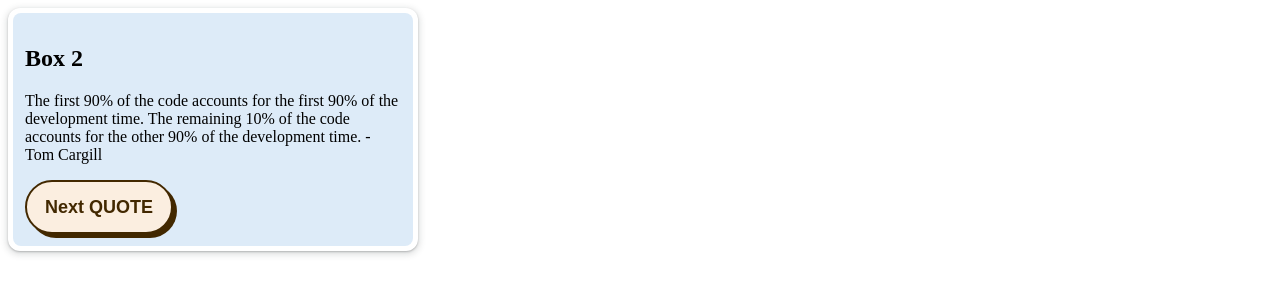
Repository: JasonMorta/programingQuotes-chromeExtension
Page: popup.html
The author's editor kept a copy of each file at every save. The page is drawn from the files as they stood at one save, then again after the next save.
The browser window is 1280 px wide. The pictures show the whole page.

Above is the page before, as saved 2023-05-07 13:21:07.

### popup.html
<!DOCTYPE html>
<html lang="en">

<head>
   <meta charset="UTF-8">
<link rel="stylesheet" href="./content.css">
   <meta http-equiv="X-UA-Compatible" content="IE=edge">
   <link rel="stylesheet" href="./buttonStyle.css">
    <script src="./quitesArray.js"></script>

   <meta name="viewport" content="width=device-width, initial-scale=1.0">
   <title>Document</title>

</head>


<body>


 <section class="gee_chat_container">
    <div class="box-container-inner">
      <h1>Box 2</h1>
      <p  class="para"></p>
      <button class="button-74 getQuote" role="button">Next QUOTE</button>
    </div>
  </section>





 <script src="./content.js"></script>
</body>

</html>

### content.css
.gee_chat_container {
    box-shadow: 0 1px 2px 0 rgb(60 64 67 / 30%), 0 2px 6px 2px rgb(60 64 67 / 15%);
    max-width: 550px;
    width: 400px;
    border-radius: 12px;
    margin-top: 0;
    padding: 5px;
    position: relative;
    background-color: #fff;

  }

  .box-container {
      border-color: var(--elevation-border-color);
      box-shadow: 0 1px 2px 0 rgb(60 64 67 / 30%), 0 2px 6px 2px rgb(60 64 67 / 15%);
      max-width: 550px;
      width: 400px;
      border-radius: 12px;
      margin-top: 0;
      padding: 5px;
      position: relative;
      background-color: #fff;
    }

    .box-container-inner {
      padding: 0.75rem;
      border-radius: 8px;
      background-color: #ddebf8;
    }

### buttonStyle.css

.button-74 {
  background-color: #fbeee0;
  border: 2px solid #422800;
  border-radius: 30px;
  box-shadow: #422800 4px 4px 0 0;
  color: #422800;
  cursor: pointer;
  display: inline-block;
  font-weight: 600;
  font-size: 18px;
  padding: 0 18px;
  line-height: 50px;
  text-align: center;
  text-decoration: none;
  user-select: none;
  -webkit-user-select: none;
  touch-action: manipulation;
}

.button-74:hover {
  background-color: #fff;
}

.button-74:active {
  box-shadow: #422800 2px 2px 0 0;
  transform: translate(2px, 2px);
}

### quitesArray.js
const motivationalQuotes = [
    "The most disastrous thing that you can ever learn is your first programming language. - Alan Kay",
    "You are not a computer programmer, you are a problem solver. - Anonymous",
    "First, solve the problem. Then, write the code. - John Johnson",
    "Code is like humor. When you have to explain it, it’s bad. - Cory House",
    "The sooner you start to code, the longer the program will take. - Roy Carlson",
    "You might not think that programmers are artists, but programming is an extremely creative profession. - John Romero",
    "Programmers are constantly making things more complicated than they need to be because future-proofing is impossible. - Edsger W. Dijkstra",
    "One of the best programming skills you can have is knowing when to walk away for a while. - Oscar Godson",
    "The best code is the code never written. - Anonymous",
    "If you don’t understand how to run an operating system, you shouldn’t be a programmer. - Richard Stallman",
    "It's not at all important to get it right the first time. It's vitally important to get it right the last time. - Andrew Hunt and David Thomas",
    "The goal of a programmer is to simplify the complexity of a problem. - Anonymous",
    "Coding is not just code, that is a live thing to share your life with. - Anonymous",
    "The only way to do great work is to love what you do. - Steve Jobs",
    "Sometimes the best way to learn is to just dive in. - Jon Bonne",
    "The code you write makes you a programmer. The code you delete makes you a good one. - Mario Fusco",
    "Programs must be written for people to read, and only incidentally for machines to execute. - Harold Abelson and Gerald Jay Sussman",
    "We build our computer systems the way we build our cities: over time, without a plan, on top of ruins. - Ellen Ullman",
    "Any fool can write code that a computer can understand. Good programmers write code that humans can understand. - Martin Fowler",
    "To be a programmer is to develop a carefully managed relationship with error. - Ellen Ullman",
    "The best way to learn to code is to code. - Anonymous",
    "Don't worry if it doesn't work right. If everything did, you'd be out of a job. - Mosher's Law of Software Engineering",
    "Sometimes it pays to stay in bed on Monday, rather than spending the rest of the week debugging Monday’s code. - Dan Salomon",
    "There's nothing more permanent than a temporary hack. - Kyle Simpson",
    "The only code worth writing is code that makes your life easier. - Kent Beck",
    "It’s not about what you know, it’s about what you can figure out. - Anonymous",
    "Programming can be fun, so can cryptography; however, they should not be combined. - Kreitzberg and Shneiderman",
    "Walking on water and developing software from a specification are easy if both are frozen. - Edward V. Berard",
    "If you want to be a better programmer, write more code. - Anonymous",
    "Java is to JavaScript as car is to carpet. - Chris Heilmann",
    "Controlling complexity is the essence of computer programming. - Brian Kernighan",
    "Good code is short, simple, and symmetrical - the challenge is figuring out how to get there. - Sean Parent",
    "The most important skill for a programmer is to be able to effectively communicate. - Anonymous",
    "Programs are meant to be read by humans and only incidentally for computers to execute. - Harold Abelson",
    "If you think math is hard, try programming. - Anonymous",
    "Before software can be reusable, it first has to be usable. - Ralph Johnson",
    "If debugging is the process of removing software bugs, then programming must be the process of putting them in. - Edsger Dijkstra",
    "The computer was born to solve problems that did not exist before. - Bill Gates",
    "It's not that I'm so smart, it's just that I stay with problems longer. - Albert Einstein",
    "The best error message is the one that never shows up. - Thomas Fuchs",
    "The best code is no code. - Jeff Atwood",
    "There are only two industries that refer to their customers as 'users'. - Edward Tufte",
    "The trouble with programmers is that you can never tell what a programmer is doing until it’s too late. - Seymour Cray",
    "Talk is cheap. Show me the code. - Linus Torvalds",
    "The difference between theory and practice is that in theory, there is no difference between theory and practice. - Richard Moore",
    "If you optimize everything, you will always be unhappy. - Donald Knuth",
    "A program that produces incorrect results twice as fast is infinitely slower. - John Osterhout",
    "You can’t have great software without a great team, and most software teams behave like dysfunctional families. - Jim McCarthy",
    "If at first you don't succeed, try, try, try again. Then quit. There's no point in being a damn fool about it. - W.C. Fields",
    "If you don’t know what to do, call the debugger. - Anonymous",
    "Make it work, make it right, make it fast. - Kent Beck",
    "I'm not a great programmer; I'm just a good programmer with great habits. - Kent Beck",
    "The best way to predict the future is to invent it. - Alan Kay",
    "Measuring programming progress by lines of code is like measuring aircraft building progress by weight. - Bill Gates",
    "Code never lies, comments sometimes do. - Ron Jeffries",
    "Simplicity is the ultimate sophistication. - Leonardo da Vinci",
    "It's not a bug - it's an undocumented feature. - Anonymous",
    "Programs must be written for people to read, and only incidentally for machines to execute. - Harold Abelson",
    "Computers are good at following instructions, but not at reading your mind. - Donald Knuth",
    "Programming is the art of telling a computer what to do through a series of instructions. - Anonymous",
    "To iterate is human, to recurse divine. - L. Peter Deutsch",
    "Good code is its own best documentation. As you’re about to add a comment, ask yourself, ‘How can I improve the code so that this comment isn’t needed?’ - Steve McConnell",
    "A program is never less than 90% complete, and never more than 95% complete. - Terry Baker",
    "A good programmer is someone who always looks both ways before crossing a one-way street. - Doug Linder",
    "Always code as if the guy who ends up maintaining your code will be a violent psychopath who knows where you live. - Martin Golding",
    "If debugging is the process of removing software bugs, then programming must be the process of putting them in. - Edsger Dijkstra",
    "The only way to do great work is to love what you do. If you haven't found it yet, keep looking. Don't settle. - Steve Jobs",
    "You might not think that programmers are artists, but programming is an extremely creative profession. It's logic-based creativity. - John Romero",
    "If you don’t build your dreams, someone else will hire you to build theirs. - Tony Gaskins",
    "Don’t write better error messages, write code that doesn’t need them. - Jason C. McDonald",
    "If you want to be a good programmer, learn to think outside the box. - Antonis Tsagaris",
    "There are only two hard things in Computer Science: cache invalidation and naming things. - Phil Karlton",
    "Simplicity is the soul of efficiency. - Austin Freeman",
    "The best way to get a project done faster is to start sooner. - Jim Highsmith",
    "Experience is the name everyone gives to their mistakes. - Oscar Wilde",
    "Always code as if the person who ends up maintaining your code is a violent psychopath who knows where you live. - John Woods",
    "If at first you don’t succeed; call it version 1.0. - Anonymous",
    "A language that doesn't affect the way you think about programming is not worth knowing. - Alan J. Perlis",
    "Programmers are constantly making things more complicated than they need to be because future-proofing is impossible. - Edsger W. Dijkstra",
    "The best way to predict the future is to invent it. - Alan Kay",
    "Code is like humor. When you have to explain it, it’s bad. - Cory House",
    "Any fool can write code that a computer can understand. Good programmers write code that humans can understand. - Martin Fowler",
    "The most disastrous thing that you can ever learn is your first programming language. - Alan Kay",
    "Programming isn't about what you know; it's about what you can figure out. - Chris Pine",
    "Programs must be written for people to read, and only incidentally for machines to execute. - Harold Abelson and Gerald Jay Sussman",
    "The best code is no code at all. - Jeff Atwood",
    "If you can't explain it simply, you don't understand it well enough. - Albert Einstein",
    "It's not a bug - it's an undocumented feature. - Anonymous",
    "Every great developer you know got there by solving problems they were unqualified to solve until they actually did it. - Patrick McKenzie",
    "The best thing about a boolean is even if you are wrong, you are only off by a bit. - Anonymous",
    "Programmers are not to be measured by their ingenuity and their logic but by the completeness of their case analysis. - Alan Perlis",
    "Debugging is like being the detective in a crime movie where you are also the murderer. - Filipe Fortes",
    "The first 90% of the code accounts for the first 90% of the development time. The remaining 10% of the code accounts for the other 90% of the development time. - Tom Cargill",
    "Code never lies, comments sometimes do. - Ron Jeffries",
    "Coding is not just code, that is a live thing to serve everyone! - Ming Qian",
    "The only way to learn a new programming language is by writing programs in it. - Dennis Ritchie",
    "Software is a great combination of artistry and engineering. - Bill Gates",
    "Code is a journey, not a destination. - Anonymous",
    "There are two ways to write error-free programs; only the third one works. - Alan J. Perlis"
]

### content.js


let quoteBtn = document.querySelector('.getQuote');
let quote = document.querySelector('.para');
quote.innerHTML = motivationalQuotes[Math.floor(Math.random() * motivationalQuotes.length)];
quoteBtn.addEventListener('click', () => {
    let randomQuote = motivationalQuotes[Math.floor(Math.random() * motivationalQuotes.length)];

    quote.innerHTML = randomQuote;
});

After the next save:
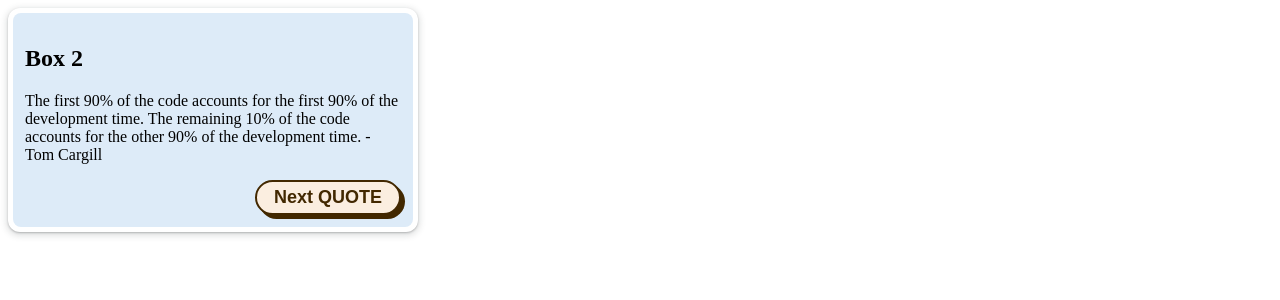
Saved 101 s later.
--- a/buttonStyle.css
+++ b/buttonStyle.css
@@ -1,21 +1,27 @@
 
 .button-74 {
-  background-color: #fbeee0;
-  border: 2px solid #422800;
-  border-radius: 30px;
-  box-shadow: #422800 4px 4px 0 0;
-  color: #422800;
-  cursor: pointer;
-  display: inline-block;
-  font-weight: 600;
-  font-size: 18px;
-  padding: 0 18px;
-  line-height: 50px;
-  text-align: center;
-  text-decoration: none;
-  user-select: none;
-  -webkit-user-select: none;
-  touch-action: manipulation;
+    background-color: #fbeee0;
+    border: 2px solid #422800;
+    border-radius: 30px;
+    box-shadow: #422800 4px 4px 0 0;
+    color: #422800;
+    cursor: pointer;
+    font-weight: 600;
+    font-size: 18px;
+    height: 35px;
+    width: 146px;
+    padding: 0 15px;
+    line-height: 50px;
+    text-align: center;
+    text-decoration: none;
+    user-select: none;
+    -webkit-user-select: none;
+    touch-action: manipulation;
+    display: flex;
+    flex-direction: column;
+    justify-content: center;
+    align-items: center;
+    margin-left: auto;
 }
 
 .button-74:hover {
